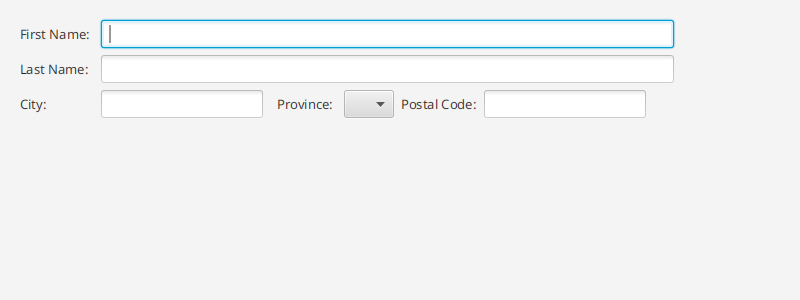
Repository: Mselenko/Java
Program's window: java w_5/JavaFx/src/garbage/CssExample.java
These files come from the project's save history. The program's window is drawn as it stood at one moment and after the next save; the edit follows.
It runs on Java 21 on a 1366 x 768 screen with JavaFX 11; the title bar is not drawn.

Above is the program's window before, as saved 2019-06-22 00:13:15.

### w_5/JavaFx/src/garbage/CssExample.java
package garbage;

import javafx.application.Application;
import javafx.geometry.HPos;
import javafx.geometry.Insets;
import javafx.scene.Scene;
import javafx.scene.control.ComboBox;
import javafx.scene.control.Label;
import javafx.scene.control.TextArea;
import javafx.scene.control.TextField;
import javafx.scene.image.Image;
import javafx.scene.image.ImageView;
import javafx.scene.layout.GridPane;
import javafx.scene.paint.Color;
import javafx.scene.paint.Paint;
import javafx.scene.paint.RadialGradientBuilder;
import javafx.scene.paint.Stop;
import javafx.stage.Stage;

/**
 * Created on: 23.06.2012
 * @author Sebastian Damm
 */
public class CssExample extends Application{
//{
//    private final Paint background = RadialGradientBuilder.create()
//            .stops(new Stop(0d, Color.TURQUOISE), new Stop(1, Color.web('3A5998')))
//            .centerX(0.5d).centerY(0.5d).build();
    private final String LABEL_STYLE = "-fx-text-fill: white; -fx-font-size: 14;"
            + "-fx-effect: dropshadow(one-pass-box, black, 5, 0, 1, 1);";

    @Override
    public void start(Stage primaryStage) throws Exception
    {
        Scene scene = new Scene(createGridPane(), 800, 300);
        primaryStage.setTitle("GridPaneExample 2 - User form");
        primaryStage.setScene(scene);
        primaryStage.show();
    }

    private GridPane createGridPane()
    {
        GridPane gridPane = new GridPane();
        gridPane.setPadding(new Insets(20, 20, 20, 20));
        gridPane.setHgap(7); gridPane.setVgap(7);

        Label lbFirstName = new Label("First Name: ");
        //lbFirstName.setStyle(LABEL_STYLE);
        GridPane.setHalignment(lbFirstName, HPos.LEFT);
        TextField tfFirstName = new TextField();
        //tfFirstName.setPrefColumnCount(40);
        GridPane.setColumnSpan(tfFirstName, 10);

        Label lbLastName = new Label("Last Name:");
        //lbLastName.setStyle(LABEL_STYLE);
        GridPane.setHalignment(lbLastName, HPos.LEFT);
        TextField tfLastName = new TextField();
       // tfLastName.setPrefColumnCount(40);
        GridPane.setColumnSpan(tfLastName, 10);

        Label lbCity = new Label("City:");
        //lbCity.setStyle(LABEL_STYLE);
        GridPane.setHalignment(lbCity, HPos.LEFT);
        TextField tfCity = new TextField();
        GridPane.setHalignment(tfCity, HPos.LEFT);

        Label lbProvince = new Label("Province: ");

        //lbStreetNr.setStyle(LABEL_STYLE);
        GridPane.setHalignment(lbProvince, HPos.LEFT);
        ComboBox<String>  tfProvince = new ComboBox();
        GridPane.setHalignment(tfProvince, HPos.LEFT);

        Label lbpCode = new Label("Postal Code:");
        //lbCity.setStyle(LABEL_STYLE);
        GridPane.setHalignment(lbpCode, HPos.LEFT);
        TextField tfpCode = new TextField();

//        tfStreet.setPrefColumnCount(5);
//        GridPane.setColumnSpan(tfStreet, 2);
//        TextField tfNumber = new TextField();
//        tfNumber.setPrefColumnCount(3);

//        Label lbNotes = new Label("Notes:");
//        lbNotes.setStyle(LABEL_STYLE);
//        GridPane.setHalignment(lbNotes, HPos.RIGHT);
//        TextArea taNotes = new TextArea();
//        taNotes.setPrefColumnCount(5);
//        taNotes.setPrefRowCount(5);
//        GridPane.setColumnSpan(taNotes, 3);
//        GridPane.setRowSpan(taNotes, 2);

//        ImageView imageView = new ImageView(new Image(getClass()
//                .getResourceAsStream('person.png'), 0, 65, true, true));
//        GridPane.setHalignment(imageView, HPos.LEFT);
//        GridPane.setColumnSpan(imageView, 2);
//        GridPane.setRowSpan(imageView, 3);

//        gridPane.setGridLinesVisible(true);

        gridPane.add(lbFirstName, 0, 0); gridPane.add(tfFirstName, 1, 0);
        gridPane.add(lbLastName, 0, 1); gridPane.add(tfLastName, 1, 1);

        //gridPane.add(imageView, 2, 0); gridPane.add(lbLastName, 0, 1);
       // gridPane.add(tfLastName, 1, 1); gridPane.add(lbCity, 0, 2);
        gridPane.add(lbCity, 0, 2); gridPane.add(tfCity, 1, 2);
        gridPane.add(lbProvince, 3, 2); gridPane.add(tfProvince, 4, 2);
        gridPane.add(lbpCode, 5, 2); gridPane.add(tfpCode, 6, 2);
       // gridPane.add(lbNotes, 0, 4); gridPane.add(taNotes, 1, 4);

        return gridPane;
    }

    public static void main(String[] args)
    {   Application.launch(args);   }
}

After the next save:
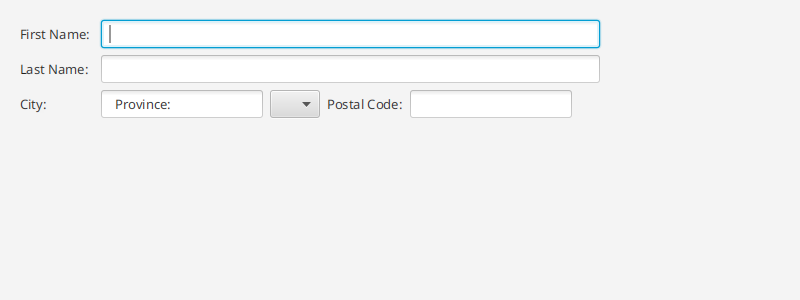
Saved 58 s later.
--- a/w_5/JavaFx/src/garbage/CssExample.java
+++ b/w_5/JavaFx/src/garbage/CssExample.java
@@ -63,6 +63,7 @@
         GridPane.setHalignment(lbCity, HPos.LEFT);
         TextField tfCity = new TextField();
         GridPane.setHalignment(tfCity, HPos.LEFT);
+        GridPane.setColumnSpan(tfCity, 3);
 
         Label lbProvince = new Label("Province: ");
 
